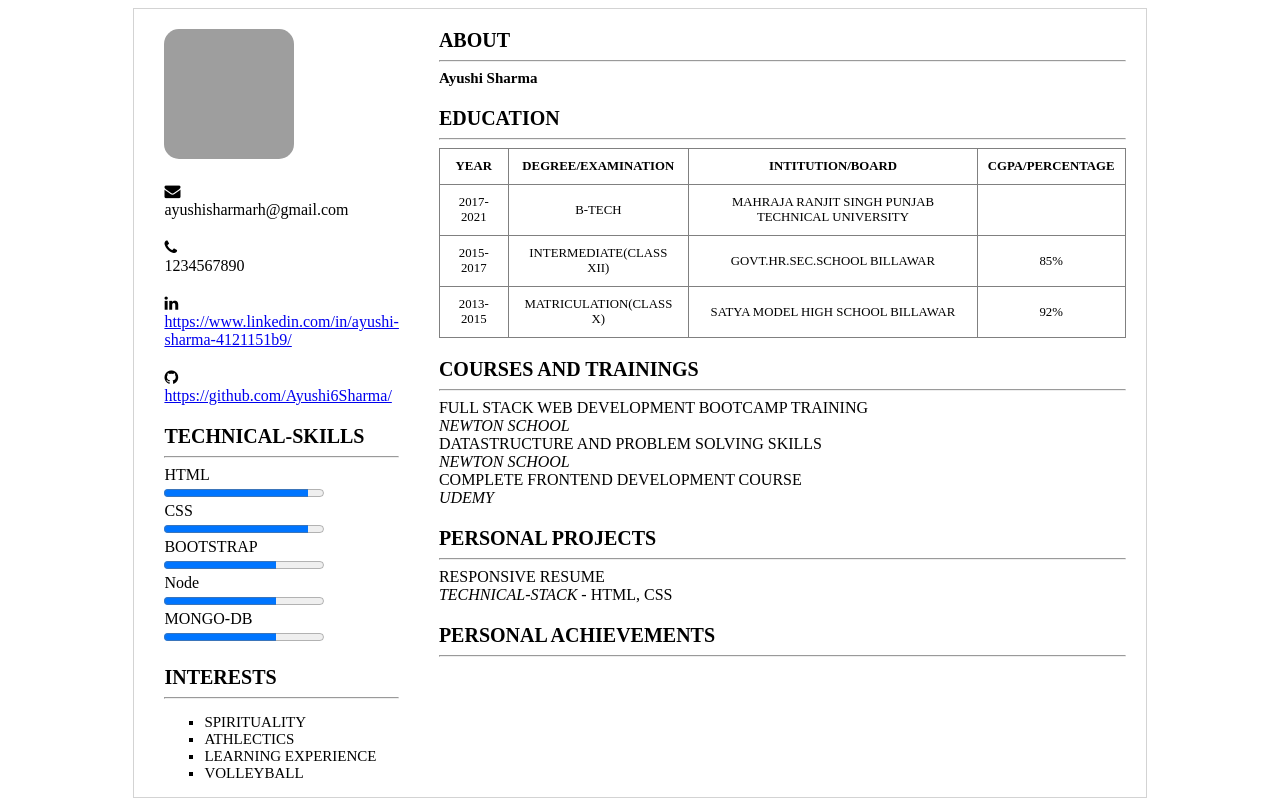
Repository: Ayushi6Sharma/Resume
Page: index.html
An editor plug-in stored every save of this project. The page is shown before and after the next save, followed by the edit.
The browser window is 1280 px wide. The pictures show the whole page.
Pictures or frames that could not be fetched are drawn as grey boxes.

Above is the page before, as saved 2022-05-04 14:53:17.

### index.html
<!DOCTYPE html>
<html lang="en">
    <head>
        <meta charset="utf-8">
        <meta http-equiv="X-UA-Compatible" content="IE=edge">
        <meta name="viewport" content="width=device-width, initial-scale=1">
        <meta name="description" content="Responsive resume for companies">
        <meta name="author" content="Ayushi Sharma">
        <div class="profile-linkedin"></div>
        <link rel="stylesheet" href="style.css">
        <!-- <link rel="stylesheet" href="https://cdn.jsdelivr.net/npm/@fortawesome/fontawesome-free@5.15.4/css/fontawesome.min.css" integrity="sha384-jLKHWM3JRmfMU0A5x5AkjWkw/EYfGUAGagvnfryNV3F9VqM98XiIH7VBGVoxVSc7" crossorigin="anonymous"> -->
        <!-- <link href="https://cdnjs.cloudflare.com/ajax/libs/font-awesome/5.13.0/css/all.min.css" rel="stylesheet"> -->
        <link rel="stylesheet" href="https://stackpath.bootstrapcdn.com/font-awesome/4.7.0/css/font-awesome.min.css" integrity="sha384-wvfXpqpZZVQGK6TAh5PVlGOfQNHSoD2xbE+QkPxCAFlNEevoEH3Sl0sibVcOQVnN" crossorigin="anonymous">
        <title>Resume</title>
    </head>
    <body>
        <main class="main-content" contenteditable="false">
            <section>
                <div class="left-main-content">
                    <!-- Profile data -->
                    <div class="profile-data">
                        <div class="profile-image">
                           <img src="https://d3dyfaf3iutrxo.cloudfront.net/thumbnail/user/6c8447b7ed274991ae4f61d43667a32b.jpeg" class="img">
                        </div>
                        <div class="profile-email">
                            <div class="email-icon">
                                <i class="fa fa-envelope"></i>
                            </div>
                            <div class="email-address">
                                ayushisharmarh@gmail.com
                            </div>
                        </div>
                        <div class="profile-contact">
                            <div class="phone-icon">
                                <i class="fa fa-phone"></i>
                            </div>
                            <div class="phone-number">
                                1234567890
                            </div>
                        </div>
                        <div class="profile-linkedin">
                            <div class="linkedid-icon">
                                <i class="fa fa-linkedin"></i>
                            </div>
                            <div class="linkedin-account">
                                <a href="https://www.linkedin.com/in/ayushi-sharma-4121151b9/">https://www.linkedin.com/in/ayushi-sharma-4121151b9/</a>
                            </div>
                        </div>
                        <div class="profile-github">
                            <div class="github-icon">
                                <i class="fa fa-github"></i>
                            </div>
                            <div class="github account-account">
                               <a href="https://github.com/Ayushi6Sharma/">https://github.com/Ayushi6Sharma/</a>
                            </div>
                        </div>
                    </div>
                    <!-- Technical Skills -->
                    <div class="technical-skills">
                        <div class="title">
                            TECHNICAL-SKILLS
                        </div>
                        <hr>
                        <div class="skills">
                            <div class="skill-item">
                                HTML
                            </div>
                            <div class="skill-knowledge">
                                <progress value="90" max="100" class="bar"></progress>
                            </div>
                        </div>
                        <div class="skills">
                            <div class="skill-item">
                                CSS
                            </div>
                            <div class="skill-knowledge">
                                <progress value="90" max="100" class="bar"></progress>
                            </div>
                        </div>
                        <div class="skills">
                            <div class="skill-item">
                                BOOTSTRAP
                            </div>
                            <div class="skill-knowledge">
                                <progress value="70" max="100" class="bar"></progress>
                            </div>
                        </div>
                        <div class="skills">
                            <div class="skill-item">
                                Node
                            </div>
                            <div class="skill-knowledge">
                                <progress value="70" max="100" class="bar"></progress>
                            </div>
                        </div>
                        <div class="skills">
                            <div class="skill-item">
                                MONGO-DB
                            </div>
                            <div class="skill-knowledge">
                                <progress value="70" max="100" class="bar"></progress>
                            </div>
                        </div>
                    </div>
                    <!-- Interests -->
                    <div class="Interests">
                        <div class="title">
                            INTERESTS
                        </div>
                        <hr>
                        <ol class="interest-items">
                            <li>SPIRITUALITY</li>
                            <li>ATHLECTICS</li>
                            <li>LEARNING EXPERIENCE</li>
                            <li>VOLLEYBALL</li>
                        </ol>

                    </div>

                </div>

            </section>
            <section>
                <div class="right-main-content">
                     <div class="about">
                        <div class="title">
                            ABOUT
                        </div>
                        <hr>
                         <div class="name">Ayushi Sharma</div>
                         <div class="details">

                         </div>
                     </div>
                     <div class="education">
                         <div class="title">
                             EDUCATION
                         </div>
                         <hr>
                         <div class="eduction-table">
                             <table>
                                 <thead>
                                     <tr>
                                         <th>YEAR</th>
                                         <th>DEGREE/EXAMINATION</th>
                                         <th>INTITUTION/BOARD</th>
                                         <th>CGPA/PERCENTAGE</th>
                                     </tr>
                                 </thead>
                                 <tr>
                                     <td>
                                         2017-2021
                                     </td>
                                     <td>
                                        B-TECH
                                     </td>
                                     <td>MAHRAJA RANJIT SINGH PUNJAB TECHNICAL UNIVERSITY</td>
                                     <td></td>
                                 </tr>
                                 <tr>
                                    <td>
                                        2015-2017
                                    </td>
                                    <td>
                                       INTERMEDIATE(CLASS XII)
                                    </td>
                                    <td>GOVT.HR.SEC.SCHOOL BILLAWAR</td>
                                    <td>
                                        85%
                                    </td>
                                </tr>
                                <tr>
                                    <td>
                                        2013-2015
                                    </td>
                                    <td>
                                       MATRICULATION(CLASS X)
                                    </td>
                                    <td>SATYA MODEL HIGH SCHOOL BILLAWAR</td>
                                    <td>
                                        92%
                                    </td>
                                </tr>
                             </table>
                         </div>
                     </div>
                     <div class="courses-and-trainings">
                         <div class="title">COURSES AND TRAININGS</div>
                         <hr>
                        <div class="training-1">
                            <div class="training-name">
                                FULL STACK WEB DEVELOPMENT BOOTCAMP TRAINING
                            </div>
                            <div class="training-place">
                                <i>NEWTON SCHOOL</i>
                            </div>
                        </div>
                        <div class="training-1">
                            <div class="training-name">
                                DATASTRUCTURE AND PROBLEM SOLVING SKILLS
                            </div>
                            <div class="training-place">
                                <i>NEWTON SCHOOL</i>
                            </div>
                        </div>
                        <div class="training-1">
                            <div class="training-name">
                                COMPLETE FRONTEND DEVELOPMENT COURSE
                            </div>
                            <div class="training-place">
                                <i>UDEMY</i>
                            </div>
                        </div>
                     </div>
                     <div class="personal-projects">
                        <div class="title">
                            PERSONAL PROJECTS
                        </div>
                        <hr>
                        <div class="project">
                            RESPONSIVE RESUME
                        </div>
                        <div class="tech-stack">
                            <i>TECHNICAL-STACK</i> - HTML, CSS
                        </div>
                     </div>
                     <div class="personal-achievements">
                        <div class="title">
                            PERSONAL ACHIEVEMENTS
                        </div>
                        <hr>
                     </div>

                </div>
            </section>
        </main>
    </body>
</html>

### style.css

.main-content
{
    display: grid;
    grid-template-columns:1fr 3fr;
    width:80%;
    margin: auto;
    border:1px solid lightgrey;
}
.left-main-content
 {
     /* grid-column: span 1; */
    padding-left: 30px;
    padding-right: 20px;
}
.right-main-content
{
    /* grid-column: span 1/span 2; */
    /* border: 2px solid black; */
    padding-left:20px;
    padding-right: 20px;
}
.profile-data > div{
    margin-top: 20px;
}
/* profile data */
.img
{
    width:130px;
    height:130px;
    border-radius:15px;
}
/* technical skills */
.title{
    margin-top: 20px;
    font-weight: bold;
    font-size: 20px;
}
/* Interest */
.interest-items{
    list-style-type: square;
    font-size: 15px;
}
/* Right main content */
.name
{
    font-weight:bold;
    font-size:15px;
}
/* EDUCTAION */

table,th,td
{
    border:1px solid grey;
    border-collapse: collapse;
    text-align: center;
    padding:10px;
    font-size: 1vw;
}
/* media queries for responsive page */

@media only screen and (max-width:480px)
{   .main-content
    {
        grid-template-columns:repeat(1,1fr);
        width:100%;
    }
    .title
    {
        font-size: 15px;
    }
    th,td
    {
        font-size:10px;
        padding: 2px;
    }
}
@media only screen and (min-width:481px) and (max-width:768px)
{
    .main-content
    {
        grid-template-columns:repeat(1,1fr);
        width:100%;
    }
    .title
    {
        font-size: 15px;
    }
    table,th,td
    {
        font-size: 10px;
    }
}
@media only screen and (min-width:481px) and (max-width:768px)
{
    th,td
    {
        font-size: 10px;
        /* padding: 10px; */
    }
}

After the next save:
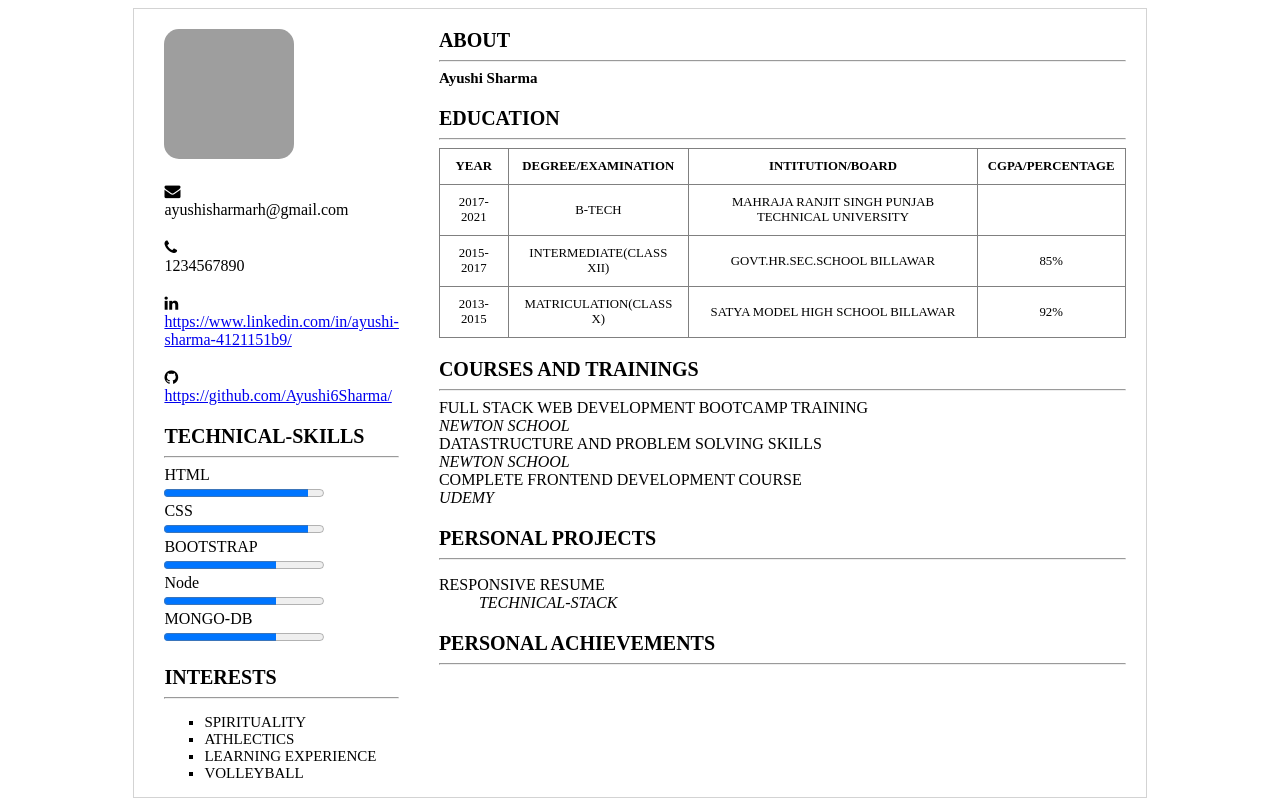
Saved 6 min 18 s later.
--- a/index.html
+++ b/index.html
@@ -218,10 +218,10 @@
                         </div>
                         <hr>
                         <div class="project">
-                            RESPONSIVE RESUME
-                        </div>
-                        <div class="tech-stack">
-                            <i>TECHNICAL-STACK</i> - HTML, CSS
+                            <dl>
+                                <dt>RESPONSIVE RESUME</dt>
+                                <dd><i>TECHNICAL-STACK</i></dd>
+                            </dl>
                         </div>
                      </div>
                      <div class="personal-achievements">
